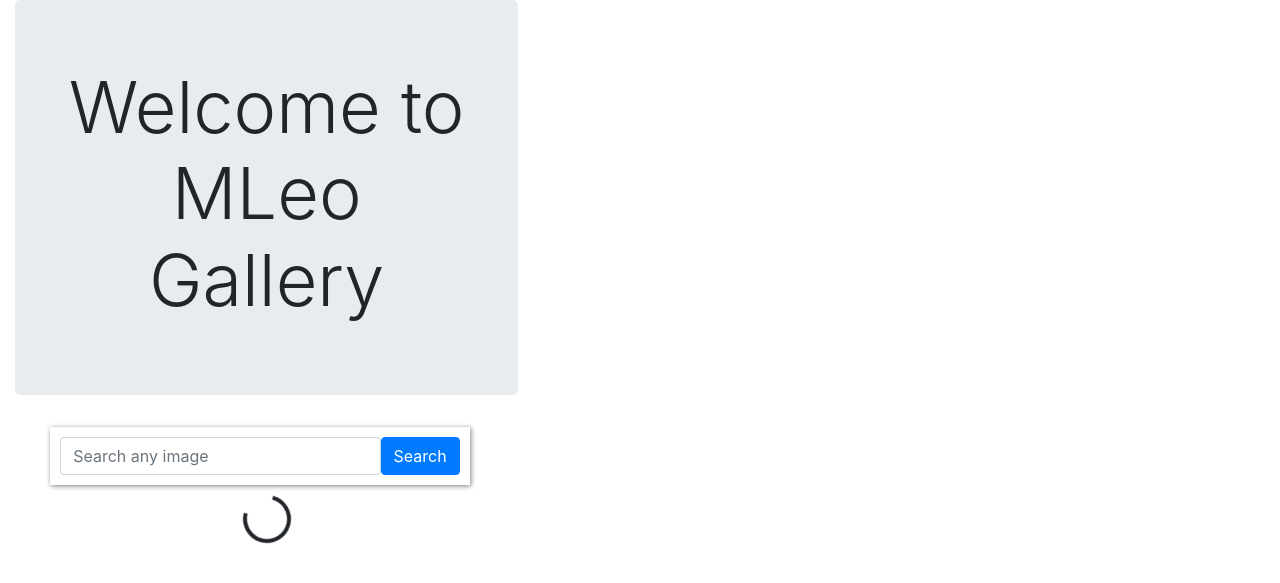
Repository: the-manohar/gallery
Page: /
The author's editor kept a copy of each file at every save. The page is drawn from the files as they stood at one save, then again after the next save.
The browser window is 1280 px wide. The pictures show the whole page.
The project was rebuilt for these pictures with package versions that can differ from the ones it lists, and the page was loaded fresh each time.

Above is the page before, as saved 2020-06-18 23:31:35.

### src/index.js
import React from "react";
import ReactDOM from "react-dom";
import "./index.css";
import "bootstrap/dist/css/bootstrap.css";
import App from "./App";
import * as serviceWorker from "./serviceWorker";

ReactDOM.render(
  <React.StrictMode>
    <App />
  </React.StrictMode>,
  document.getElementById("root")
);

// If you want your app to work offline and load faster, you can change
// unregister() to register() below. Note this comes with some pitfalls.
// Learn more about service workers: https://bit.ly/CRA-PWA
serviceWorker.unregister();

### src/App.js
import React, { useState } from "react";
import { Button, InputGroup, Input, Jumbotron, Spinner } from "reactstrap";

import "./App.css";

function App() {
  const [value, setValue] = useState("");
  const [result, setResult] = useState([]);
  const fetchImages = () => {
    fetch(
      `https://api.unsplash.com/search/photos/?client_id=V38aA4zOjg1Xb1lBpNRUAK8duXvqwhDHHJbssXB_Pps&query=${value}&orientation=squarish&per_page=18`
    )
      .then((res) => res.json())
      .then((data) => {
        setResult(data.results);
      });
  };
  return (
    <div className="App col-sm-5">
      <Jumbotron>
        <h1 className="display-3">Welcome to MLeo Gallery</h1>
      </Jumbotron>
      <div className="mydiv col-sm-12 col-md-10">
        <InputGroup>
          <Input
            placeholder="Search any image"
            value={value}
            onChange={(event) => setValue(event.target.value)}
          />
        </InputGroup>
        <Button color="primary" onClick={() => fetchImages()}>
          Search
        </Button>
      </div>

      {result.length > 0 ? (
        <div className="col-sm-12">
          {result.map((item) => {
            return (
              <img
                className=" img-thumbnail"
                key={item.id}
                src={item.urls.small}
                alt={item.urls.small}
              />
            );
          })}
        </div>
      ) : (
        <Spinner style={{ width: "3rem", height: "3rem" }} />
      )}
    </div>
  );
}

export default App;

//

### src/App.css
.App {
  text-align: center;
}
.mydiv {
  display: flex;
  justify-content: space-around;
  margin: 10px 7%;
  box-shadow: 1px 1px 5px grey;
  padding: 10px;
}

.gallery {
  display: flex;
  flex-wrap: wrap;
  justify-content: space-around;
}
.item {
  width: 30%;
  margin: 5px;
}

Loaded but not shown: public/index.html (common file); src/index.css (common file); src/serviceWorker.js (common file)

After the next save:
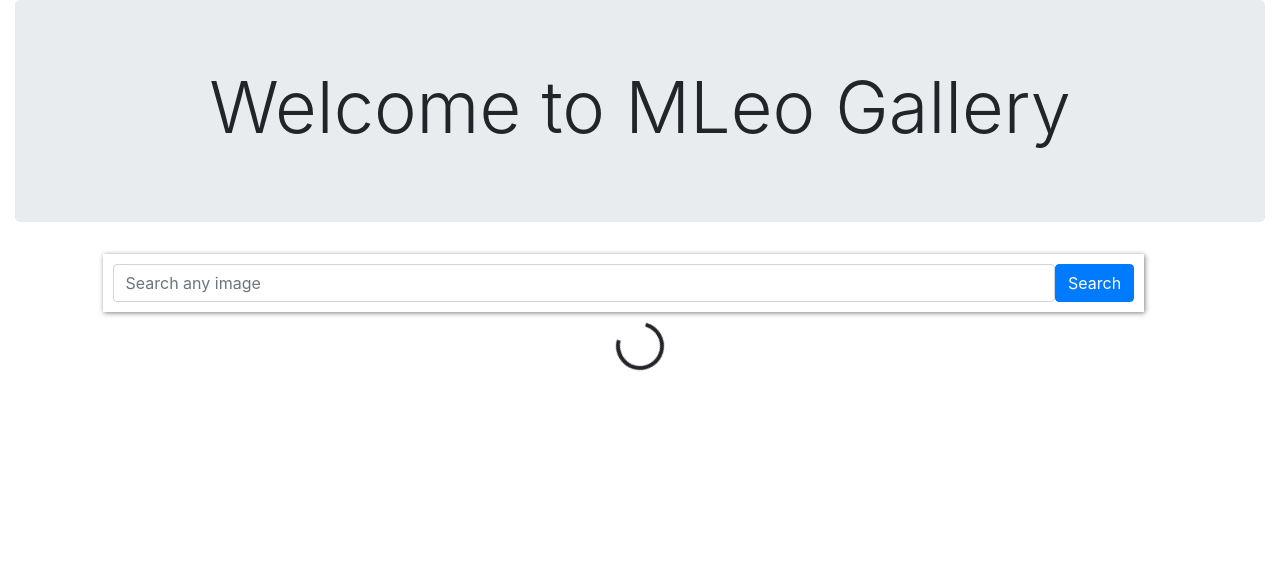
Saved 20 s later.
--- a/src/App.js
+++ b/src/App.js
@@ -16,7 +16,7 @@ function App() {
       });
   };
   return (
-    <div className="App col-sm-5">
+    <div className="App col-sm-5 col-md-12">
       <Jumbotron>
         <h1 className="display-3">Welcome to MLeo Gallery</h1>
       </Jumbotron>
